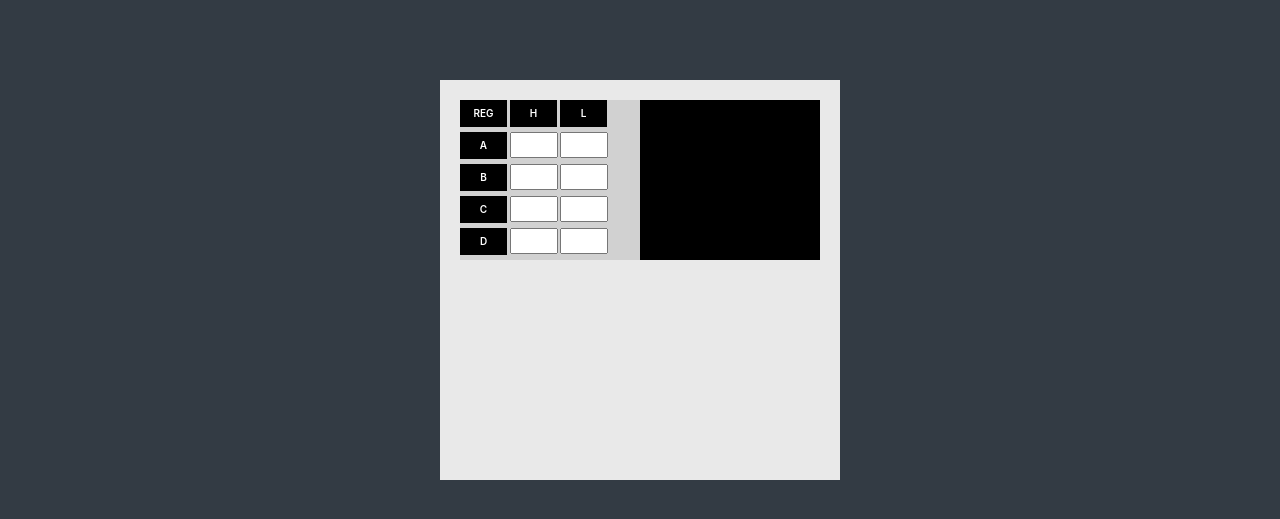
Repository: piookr-wsei/8086
Page: /
An editor plug-in stored every save of this project. The page is shown before and after the next save, followed by the edit.
The browser window is 1280 px wide. The pictures show the whole page.
The project was rebuilt for these pictures with package versions that can differ from the ones it lists, and the page was loaded fresh each time.

Above is the page before, as saved 2022-06-18 19:41:25.

### src/App.js
import logo from './logo.svg';
import './App.css';
import { RegDesc, RegInput, RegWrapper, UiWindow, UiWrapper, SettingsWrapper } from './Components/Components.elements';

function App() {
  return (
    <div className="App">
      <UiWindow>
        <UiWrapper>
          <RegWrapper>
            <RegDesc textContent={"REG"}/>  <RegDesc textContent={"H"}/>  <RegDesc textContent={"L"}/>

            <RegDesc textContent={"A"}/>  <RegInput maxLength={2}/> <RegInput maxLength={2}/>
            <RegDesc textContent={"B"}/>  <RegInput maxLength={2}/> <RegInput maxLength={2}/>
            <RegDesc textContent={"C"} />  <RegInput maxLength={2}/> <RegInput maxLength={2}/>
            <RegDesc textContent={"D"}/>  <RegInput maxLength={2}/> <RegInput maxLength={2}/>
          </RegWrapper>

          <SettingsWrapper>

          </SettingsWrapper>

        </UiWrapper>
      </UiWindow>

    </div>
  );
}

export default App;

### src/App.css
body{
  height: 100%;
  background: rgba(1, 10, 22, 0.8);
}
.App {

}

.App-logo {
  height: 40vmin;
  pointer-events: none;
}

@media (prefers-reduced-motion: no-preference) {
  .App-logo {
    animation: App-logo-spin infinite 20s linear;
  }
}

.App-header {
  background-color: #282c34;
  min-height: 100vh;
  display: flex;
  flex-direction: column;
  align-items: center;
  justify-content: center;
  font-size: calc(10px + 2vmin);
  color: white;
}

.App-link {
  color: #61dafb;
}

@keyframes App-logo-spin {
  from {
    transform: rotate(0deg);
  }
  to {
    transform: rotate(360deg);
  }
}

### src/Components/Components.elements.js
import styled from "styled-components";

export const UiWindow = styled.div`
height: 400px;
width: 400px;
background: rgb(233,233,233);
position: relative;
margin: auto;
top: 80px;
`

export const UiWrapper = styled.div`
border: 20px solid transparent;
display: grid;
grid-template-columns: 1fr 1fr;
`

export const RegWrapper = styled.div`
width: 180px;
background: rgba(0,0,0,0.1);
position: relative;
left: 0;
display: grid;
grid-template-columns: 50px 50px 50px;
`

export const RegInput = styled.input`
height: 20px;
width: 40px;
margin-bottom:5px;
text-align: center;
`

export const SettingsWrapper = styled.div`
width: 180px;
background: black;
position: relative;
right: 0;
display: grid;
grid-template-columns: 50px 50px 50px;
`

export const RegDescSC = styled.div`
height: 27px;
width: 47px;
background: black;
margin-bottom:5px;
color: white;
font-weight: 600;
`

export const DescText = styled.p`
font-size: 10px;
text-align: center;
position: relative;
top: -3px;
`

export function RegDesc(props){
    return(
        <RegDescSC>
            <DescText>{props.textContent}</DescText>
        </RegDescSC>
    )
}

Loaded but not shown: public/index.html (common file); src/index.js (common file); src/index.css (common file); src/reportWebVitals.js (common file)

After the next save:
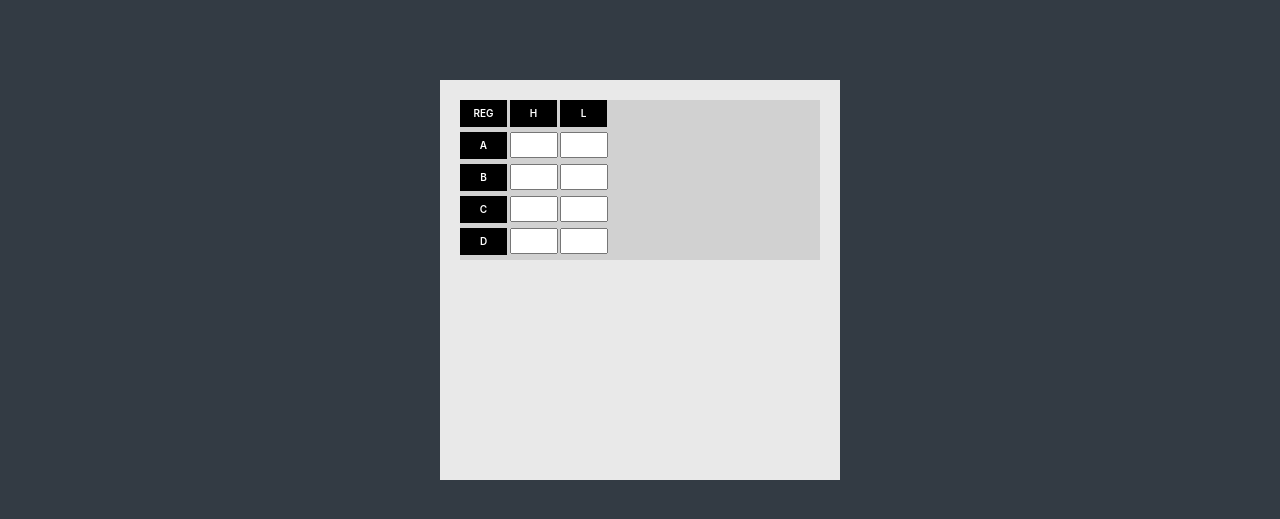
Saved 9 s later.
--- a/src/Components/Components.elements.js
+++ b/src/Components/Components.elements.js
@@ -33,7 +33,7 @@ text-align: center;
 
 export const SettingsWrapper = styled.div`
 width: 180px;
-background: black;
+background: rgba(0,0,0,0.1);
 position: relative;
 right: 0;
 display: grid;
